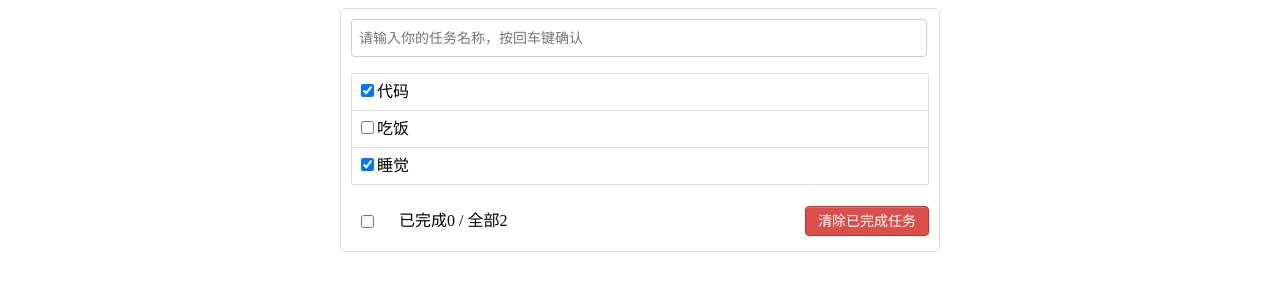
Repository: WAY-C/TodoListAPP
Page: / (app in todo_list/)
These files come from the project's save history. The page is drawn as it stood at one moment and after the next save; the edit follows.
The browser window is 1280 px wide. The pictures show the whole page.
The project was rebuilt for these pictures with package versions that can differ from the ones it lists, and the page was loaded fresh each time.

Above is the page before, as saved 2021-09-09 17:28:33.

### todo_list/src/main.js
// 引入Vue
import Vue from "vue";
// 引入App
import App from "./App.vue";
// 关闭生产提示
Vue.config.productionTip = false;

// 创建vm
new Vue({
  render: h => h(App),
}).$mount('#app')

### todo_list/src/App.vue
<template>
  <div id="root">
    <div class="todo-container">
      <div class="todo-wrap">
        <TodoHeader></TodoHeader>
        <TodoList />
        <TodoFooter />
      </div>
    </div>
  </div>
</template>

<script>
import TodoHeader from "./components/TodoHeader";
import TodoList from "./components/TodoList";
import TodoFooter from "./components/TodoFooter";

export default {
  name: "App",
  components: { TodoHeader, TodoList, TodoFooter },
};
</script>

<style>
/*base*/
body {
  background: #fff;
}

.btn {
  display: inline-block;
  padding: 4px 12px;
  margin-bottom: 0;
  font-size: 14px;
  line-height: 20px;
  text-align: center;
  vertical-align: middle;
  cursor: pointer;
  box-shadow: inset 0 1px 0 rgba(255, 255, 255, 0.2),
    0 1px 2px rgba(0, 0, 0, 0.05);
  border-radius: 4px;
}

.btn-danger {
  color: #fff;
  background-color: #da4f49;
  border: 1px solid #bd362f;
}

.btn-danger:hover {
  color: #fff;
  background-color: #bd362f;
}

.btn:focus {
  outline: none;
}

.todo-container {
  width: 600px;
  margin: 0 auto;
}
.todo-container .todo-wrap {
  padding: 10px;
  border: 1px solid #ddd;
  border-radius: 5px;
}
</style>

### todo_list/src/components/TodoHeader.vue
<template>
  <div class="todo-header">
    <input
      type="text"
      placeholder="请输入你的任务名称，按回车键确认"
      v-model="title"
      @keyup.enter="addTodo"
    />
  </div>
</template>

<script>
import { nanoid } from "nanoid";
export default {
  name: "TodoHeader",
  data() {
    return {
      title: "",
    };
  },
  methods: {
    addTodo() {
      // 将用户输入包装成一个todo对象
      const todoObj = { id: nanoid(), title: this.title, done: false };
      console.log(todoObj);
    },
  },
};
</script>

<style scoped>
/*header*/
.todo-header input {
  width: 560px;
  height: 28px;
  font-size: 14px;
  border: 1px solid #ccc;
  border-radius: 4px;
  padding: 4px 7px;
}

.todo-header input:focus {
  outline: none;
  border-color: rgba(82, 168, 236, 0.8);
  box-shadow: inset 0 1px 1px rgba(0, 0, 0, 0.075),
    0 0 8px rgba(82, 168, 236, 0.6);
}
</style>

### todo_list/src/components/TodoList.vue
<template>
  <ul class="todo-main">
    <TodoItem v-for="todoObj in todos" :key="todoObj.id" :todo="todoObj" />
  </ul>
</template>

<script>
import TodoItem from "./TodoItem";
export default {
  name: "TodoList",
  components: { TodoItem },
  data() {
    return {
      todos: [
        { id: "001", title: "代码", done: true },
        { id: "002", title: "吃饭", done: false },
        { id: "003", title: "睡觉", done: true },
      ],
    };
  },
};
</script>

<style scoped>
/*main*/
.todo-main {
  margin-left: 0px;
  border: 1px solid #ddd;
  border-radius: 2px;
  padding: 0px;
}

.todo-empty {
  height: 40px;
  line-height: 40px;
  border: 1px solid #ddd;
  border-radius: 2px;
  padding-left: 5px;
  margin-top: 10px;
}
</style>

### todo_list/src/components/TodoFooter.vue
<template>
  <div class="todo-footer">
    <label>
      <input type="checkbox" />
    </label>
    <span> <span>已完成0</span> / 全部2 </span>
    <button class="btn btn-danger">清除已完成任务</button>
  </div>
</template>

<script>
export default {
  name: "TodoFooter",
};
</script>

<style scoped>
/*footer*/
.todo-footer {
  height: 40px;
  line-height: 40px;
  padding-left: 6px;
  margin-top: 5px;
}

.todo-footer label {
  display: inline-block;
  margin-right: 20px;
  cursor: pointer;
}

.todo-footer label input {
  position: relative;
  top: -1px;
  vertical-align: middle;
  margin-right: 5px;
}

.todo-footer button {
  float: right;
  margin-top: 5px;
}
</style>

### todo_list/src/components/TodoItem.vue
<template>
  <li>
    <label>
      <input type="checkbox" v-model="todo.done" />
      <span>{{ todo.title }}</span>
    </label>
    <button class="btn btn-danger" style="display: none">删除</button>
  </li>
</template>

<script>
export default {
  name: "TodoItem",
  props: ["todo"],
  mounted() {
    console.log(this.todo);
  },
};
</script>

<style scoped>
/*item*/
li {
  list-style: none;
  height: 36px;
  line-height: 36px;
  padding: 0 5px;
  border-bottom: 1px solid #ddd;
}

li label {
  float: left;
  cursor: pointer;
}

li label li input {
  vertical-align: middle;
  margin-right: 6px;
  position: relative;
  top: -1px;
}

li button {
  float: right;
  display: none;
  margin-top: 3px;
}

li:before {
  content: initial;
}

li:last-child {
  border-bottom: none;
}
</style>

Loaded but not shown: todo_list/public/index.html (common file)

After the next save:
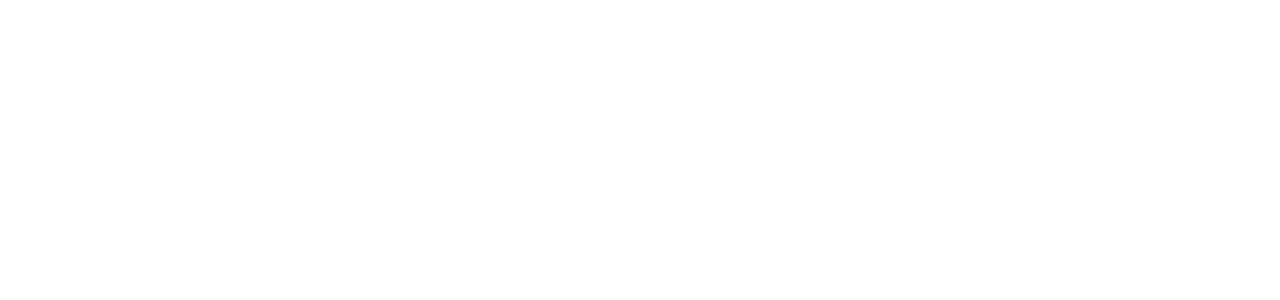
Console error: ReferenceError: todos is not defined
Saved 3 min 45 s later.
--- a/todo_list/src/components/TodoList.vue
+++ b/todo_list/src/components/TodoList.vue
@@ -9,15 +9,7 @@
 export default {
   name: "TodoList",
   components: { TodoItem },
-  data() {
-    return {
-      todos: [
-        { id: "001", title: "代码", done: true },
-        { id: "002", title: "吃饭", done: false },
-        { id: "003", title: "睡觉", done: true },
-      ],
-    };
-  },
+  props: [todos],
 };
 </script>
 

After the 2 saves that followed:
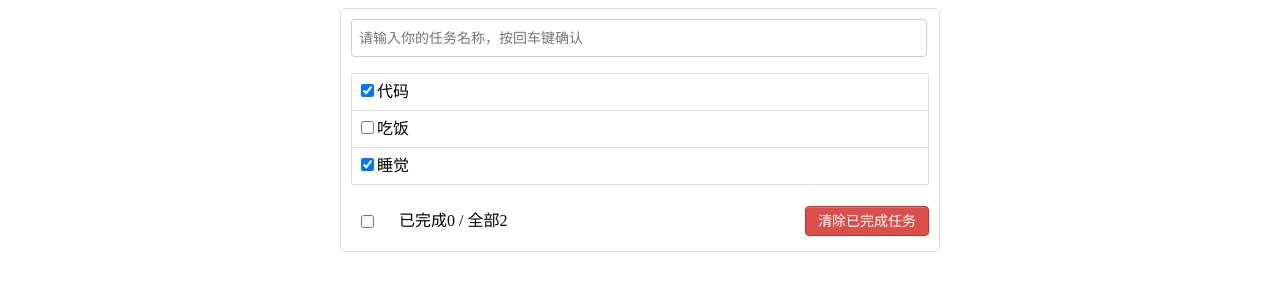
The error is gone.
The 2 saves are shown as one change because 1 left the picture as it was.
The last was saved 86 s later.
--- a/todo_list/src/App.vue
+++ b/todo_list/src/App.vue
@@ -3,7 +3,7 @@
     <div class="todo-container">
       <div class="todo-wrap">
         <TodoHeader></TodoHeader>
-        <TodoList />
+        <TodoList :todos="todos" />
         <TodoFooter />
       </div>
     </div>
@@ -18,6 +18,15 @@
 export default {
   name: "App",
   components: { TodoHeader, TodoList, TodoFooter },
+  data() {
+    return {
+      todos: [
+        { id: "001", title: "代码", done: true },
+        { id: "002", title: "吃饭", done: false },
+        { id: "003", title: "睡觉", done: true },
+      ],
+    };
+  },
 };
 </script>
 
--- a/todo_list/src/components/TodoList.vue
+++ b/todo_list/src/components/TodoList.vue
@@ -9,7 +9,7 @@
 export default {
   name: "TodoList",
   components: { TodoItem },
-  props: [todos],
+  props: ["todos"],
 };
 </script>
 
